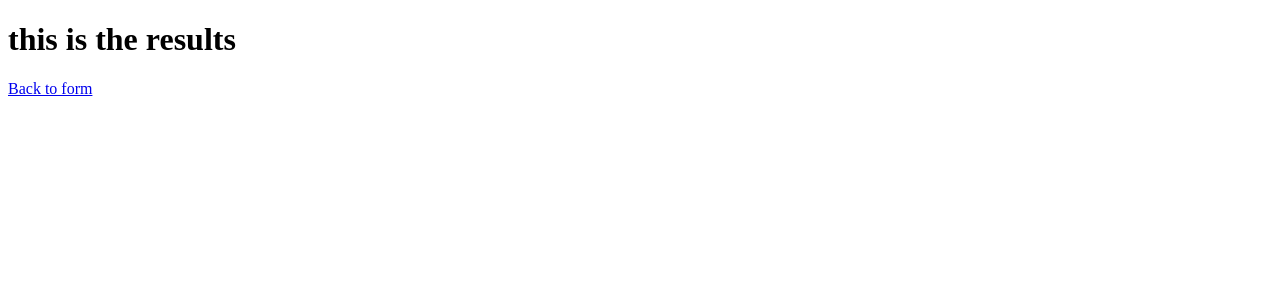
Repository: nazaninrizvi/codecademy
Page: Javascript/Mixed-messages/results.html
The author's editor kept a copy of each file at every save. The page is drawn from the files as they stood at one save, then again after the next save.
The browser window is 1280 px wide. The pictures show the whole page.

Above is the page before, as saved 2021-11-21 20:51:32.
Console error: TypeError: document.getElementIdById is not a function

### Javascript/Mixed-messages/results.html
<!DOCTYPE html>
<html>
    <head>
        <meta charset="UTF-8">
        <script type="text/javascript" src="./results.js"></script>
        <title>Perfect date generator</title>
    </head>
<body>

    <h1> this is the results</h1>
    <div id='results'>
        <a href="/">Back to form</a>
    </div>
</body>
</html>

### Javascript/Mixed-messages/results.js
const results = document.getElementIdById('results')
new URLSearchParams(window.location.search).forEach((value, name) => {
    resultsList.append(`${type}, ${value}`)
    resultsList.append(document.createElement('br'))
})

After the next save:
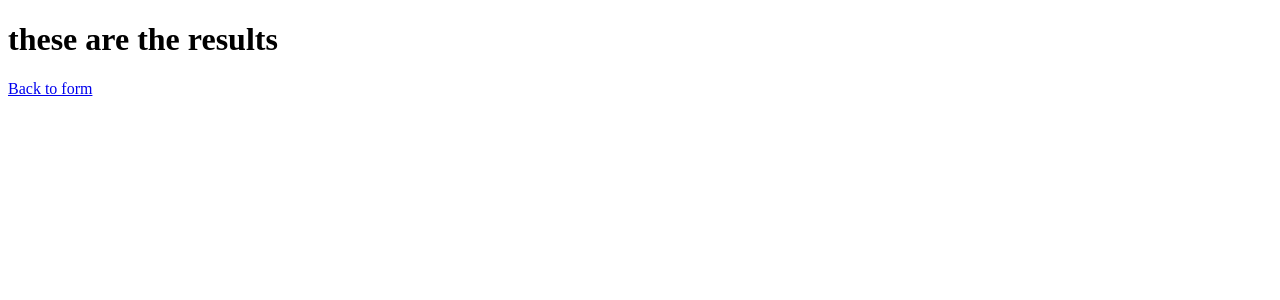
Saved 11 s later.
--- a/Javascript/Mixed-messages/results.html
+++ b/Javascript/Mixed-messages/results.html
@@ -7,7 +7,7 @@
     </head>
 <body>
 
-    <h1> this is the results</h1>
+    <h1> these are the results</h1>
     <div id='results'>
         <a href="/">Back to form</a>
     </div>
